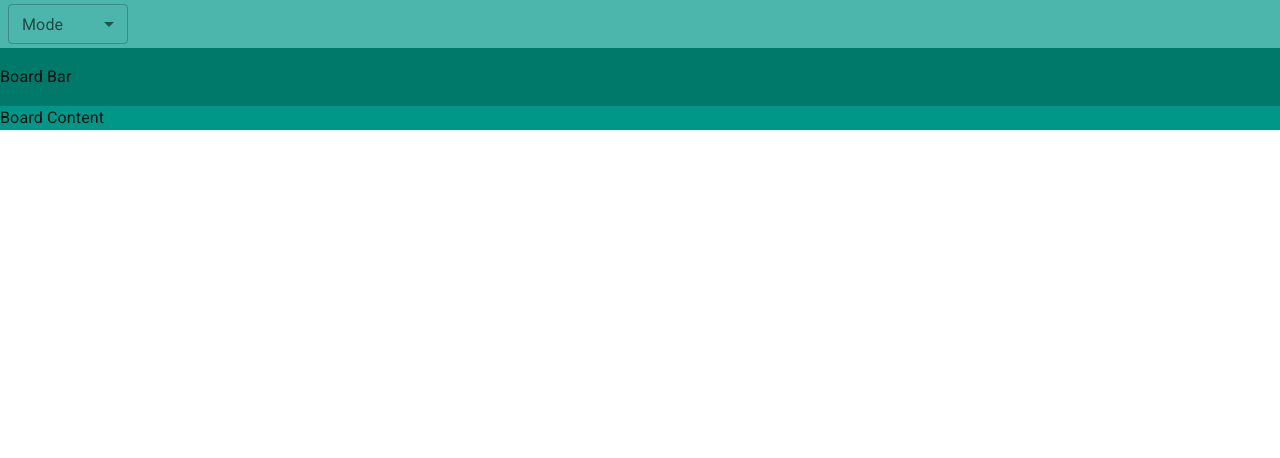
Repository: VoPhamKhanhTruong/trello-web
Page: /
An editor plug-in stored every save of this project. The page is shown before and after a run of saves, followed by the edit.
The browser window is 1280 px wide. The pictures show the whole page.
The project was rebuilt for these pictures with package versions that can differ from the ones it lists, and the page was loaded fresh each time. Also part of the build but not shown: vite.config.js.

Above is the page before, as saved 2024-08-07 17:32:28.

### src/main.jsx
import ReactDOM from 'react-dom/client'
import App from './App.jsx'
import CssBaseline from '@mui/material/CssBaseline'
import { Experimental_CssVarsProvider as CssVarsProvider } from '@mui/material/styles'
import theme from './theme'

ReactDOM.createRoot(document.getElementById('root')).render(
  <>
    <CssVarsProvider theme={theme}>
      <CssBaseline />
      <App />
    </CssVarsProvider>
  </>
)

### src/App.jsx
import Button from '@mui/material/Button'
import AccessAlarmIcon from '@mui/icons-material/AccessAlarm'
import ThreeDRotation from '@mui/icons-material/ThreeDRotation'
import HomeIcon from '@mui/icons-material/Home'
import { pink } from '@mui/material/colors'
import Typography from '@mui/material/Typography'
import {
  useColorScheme
} from '@mui/material/styles'
import useMediaQuery from '@mui/material/useMediaQuery'
import InputLabel from '@mui/material/InputLabel'
import MenuItem from '@mui/material/MenuItem'
import FormControl from '@mui/material/FormControl'
import Select from '@mui/material/Select'
import LightModeIcon from '@mui/icons-material/LightMode'
import DarkModeOutlinedIcon from '@mui/icons-material/DarkModeOutlined'
import SettingsBrightnessIcon from '@mui/icons-material/SettingsBrightness'
import Box from '@mui/material/Box'
import Container from '@mui/material/Container'

function ModeSelect() {
  const { mode, setMode } = useColorScheme()
  const handleChange = (event) => {
    const selectedMode = event.target.value
    setMode(selectedMode)
    // setAge(event.target.value)
  }

  return (
    <FormControl sx={{ m: 1, minWidth: 120 }} size="small">
      <InputLabel id="label-select-dark-light-mode">Mode</InputLabel>
      <Select
        labelId="label-select-dark-light-mode"
        id="select-dark-light-mode"
        value={mode}
        label="Mode"
        onChange={handleChange}
      >
        <MenuItem value="light">
          <Box sx={{ display: 'flex', alignItems: 'center', gap: 1 }}>
            <LightModeIcon fontSize="small"/> Light
          </Box>
        </MenuItem>
        <MenuItem value="dark">
          <Box sx={{ display: 'flex', alignItems: 'center', gap: 1 }}>
            <DarkModeOutlinedIcon fontSize="small" /> Dark
          </Box>
        </MenuItem>
        <MenuItem value="system">
          <Box sx={{ display: 'flex', alignItems: 'center', gap: 1 }}>
            <SettingsBrightnessIcon fontSize="small" /> System
          </Box>
        </MenuItem>
      </Select>
    </FormControl>
  )
}

function App() {
  return (
    <Container disableGutters maxWidth={false} sx={{ height: '100vh' }}>
      <Box sx={{
        backgroundColor: 'primary.light',
        width: '100%',
        height: '48px',
        display: 'flex',
        alignItems: 'center'
      }}>
        <ModeSelect />
      </Box>
      <Box sx={{
        backgroundColor: 'primary.dark',
        width: '100%',
        height: '58px',
        display: 'flex',
        alignItems: 'center'
      }}>
        Board Bar
      </Box>
      <Box sx={{
        backgroundColor: 'primary.main'
      }}>
        Board Content
      </Box>
    </Container>
  )
}

export default App

### src/theme.js
import { cyan, deepOrange, orange, teal } from '@mui/material/colors'
import { experimental_extendTheme as extendTheme } from '@mui/material/styles'

// Create a theme instance.
const theme = extendTheme({
  colorSchemes: {
    light: {
      palette: {
        primary: teal,
        secondary: deepOrange
      }
    },
    dark: {
      palette: {
        primary: cyan,
        secondary: orange
      }
    }
  }
})

export default theme

Loaded but not shown: index.html (common file)

After the next 2 saves:
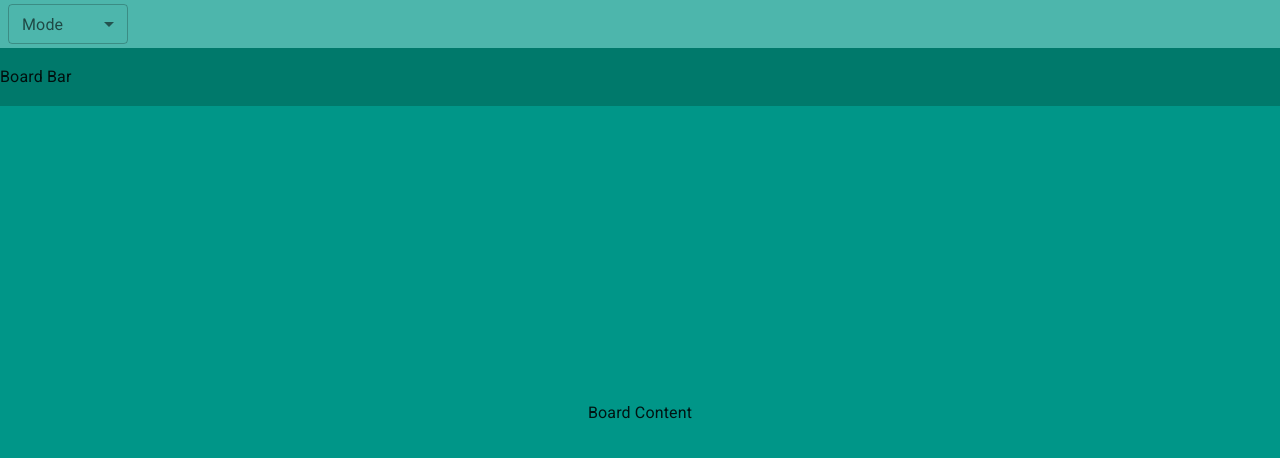
The 2 saves are shown as one change because 1 did not build or start.
The last was saved 70 s later.
--- a/src/App.jsx
+++ b/src/App.jsx
@@ -78,7 +78,12 @@ function App() {
         Board Bar
       </Box>
       <Box sx={{
-        backgroundColor: 'primary.main'
+        backgroundColor: 'primary.main',
+        width: '100%',
+        height: 'calc(100vh - 58px - 48px)',
+        display: 'flex',
+        justifyContent: 'center',
+        alignItems: 'center'
       }}>
         Board Content
       </Box>
